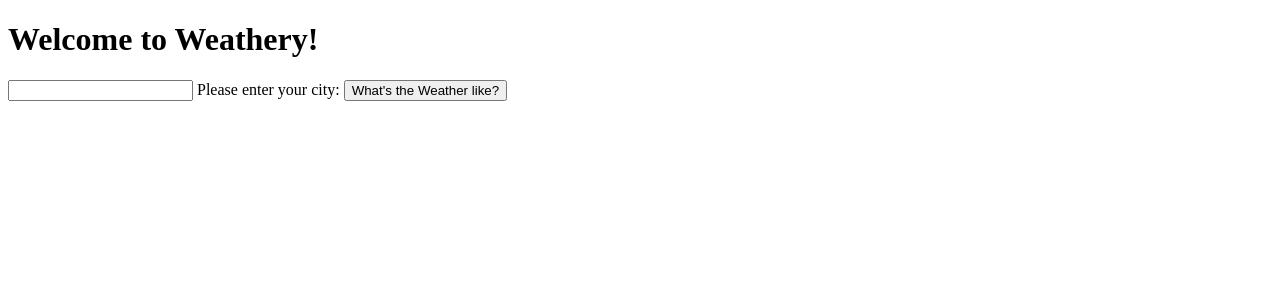
Repository: Chaunce-y/Weathery
Page: index.html
These files come from the project's save history. The page is drawn as it stood at one moment and after the next save; the edit follows.
The browser window is 1280 px wide. The pictures show the whole page.

Above is the page before, as saved 2020-08-20 17:44:58.
Console error: SyntaxError: Unexpected token 'const'

### index.html
<!DOCTYPE html>
<html lang="en">
<head>
    <meta charset="UTF-8">
    <meta name="viewport" content="width=device-width, initial-scale=1.0">
    <script src="https://unpkg.com/axios/dist/axios.min.js"></script>
    <script defer src="app.js"></script>
    <title>Weathery</title>
</head>
<body>
    <h1>Welcome to Weathery!</h1>
    <form>
        <input type=search id="city"> Please enter your city: </input>
        <button type="submit">What's the Weather like?</button>
    </form>
    <div id="results"></div>














</body>

</html>

### app.js
const url =

const title = document.querySelector('h1')
const

After the next save:
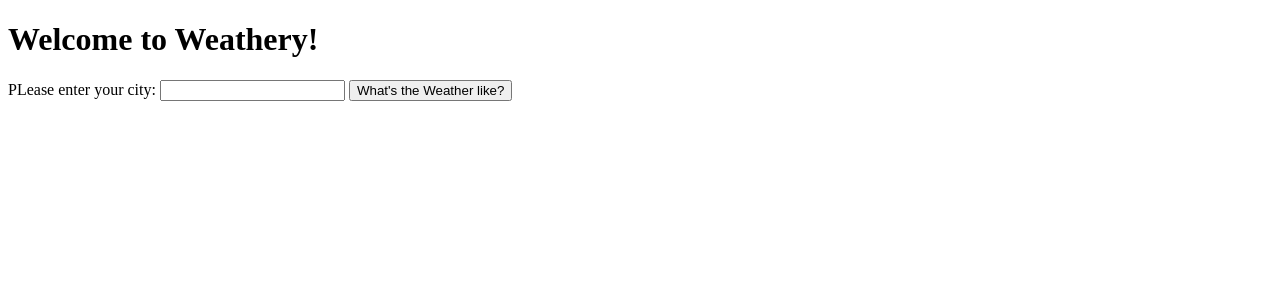
Saved 15 min 29 s later.
--- a/index.html
+++ b/index.html
@@ -9,8 +9,8 @@
 </head>
 <body>
     <h1>Welcome to Weathery!</h1>
-    <form>
-        <input type=search id="city"> Please enter your city: </input>
+    <form>PLease enter your city:
+        <input type=search id="city"></input>
         <button type="submit">What's the Weather like?</button>
     </form>
     <div id="results"></div>
